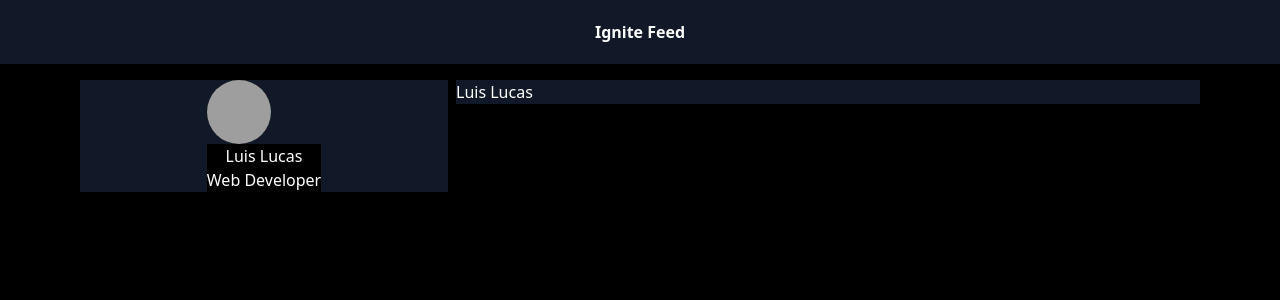
Repository: LuisSempre/ignite-feed
Page: /
The author's editor kept a copy of each file at every save. The page is drawn from the files as they stood at one save, then again after the next save.
The browser window is 1280 px wide. The pictures show the whole page.
Pictures or frames that could not be fetched are drawn as grey boxes. The project was rebuilt for these pictures with package versions that can differ from the ones it lists, and the page was loaded fresh each time. Also part of the build but not shown: vite.config.js.

Above is the page before, as saved 2022-07-13 21:30:37.

After the next save:
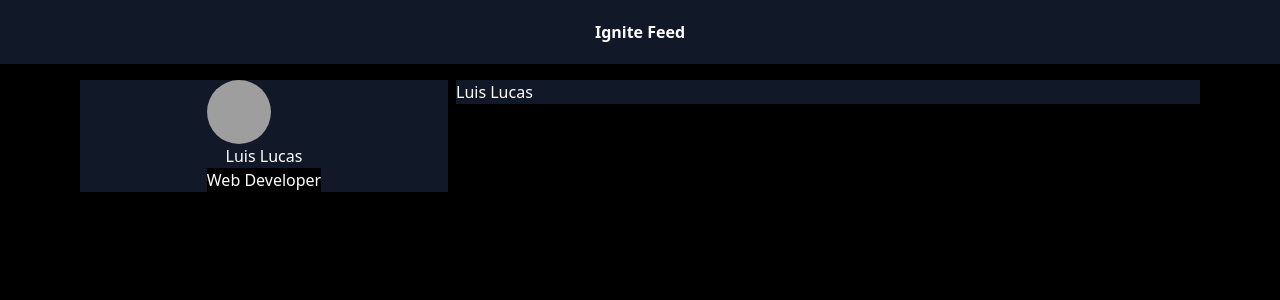
Saved 37 s later.
--- a/src/index.css
+++ b/src/index.css
@@ -5,3 +5,6 @@
 * {
     @apply bg-black text-white;
 }
+
+h1 {
+    @apply bg-gray-900}
